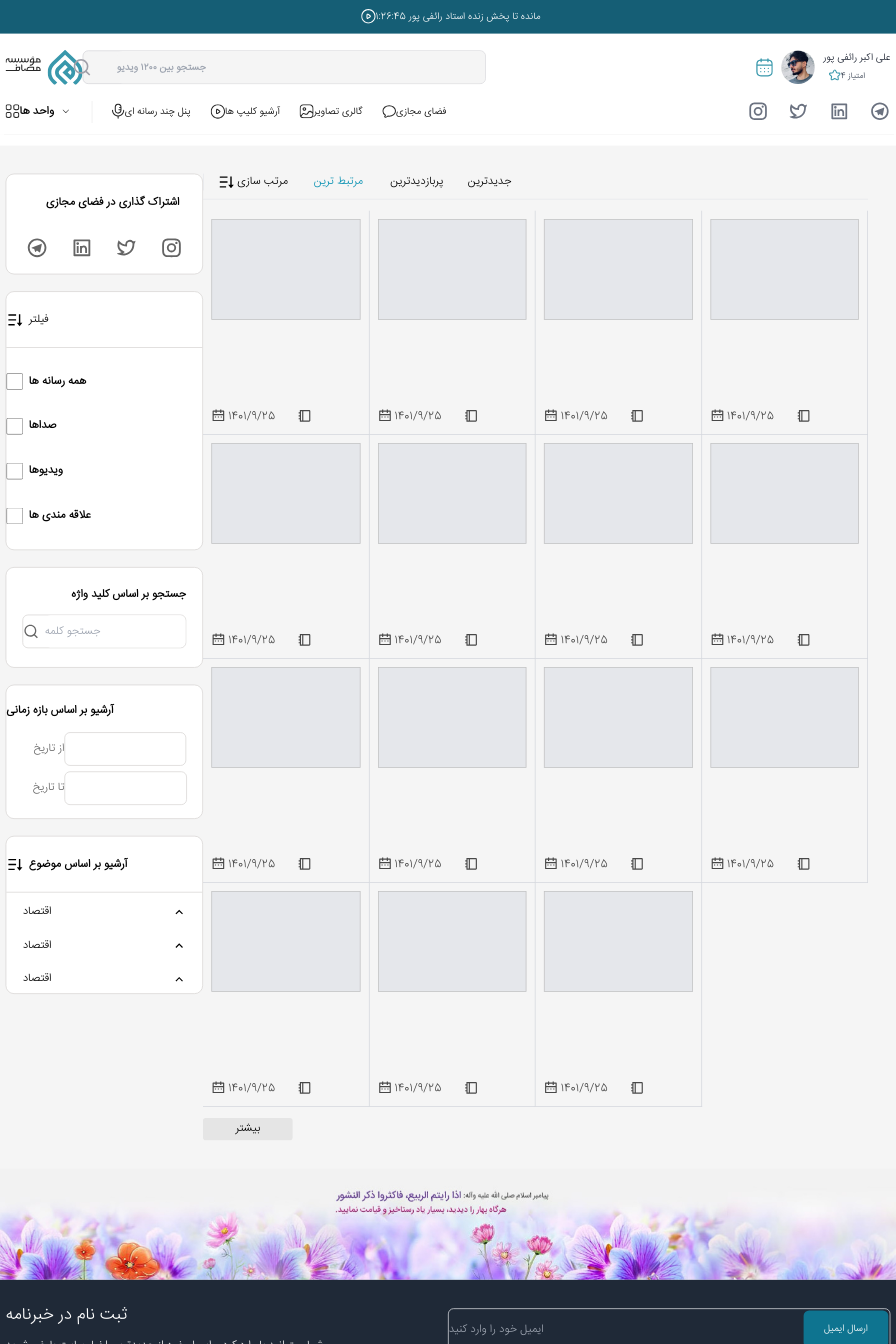
Repository: homan-tehrani/uiUserNative
Page: /multimedia
These files come from the project's save history. The page is drawn as it stood at one moment and after a run of saves; the edit follows.
The browser window is 1280 px wide. The pictures show the part of the page from y = 0 to 1920 px (the page is 2769 px tall), at 70% of full size.
The project was rebuilt for these pictures with package versions that can differ from the ones it lists, and the page was loaded fresh each time. The framework's server and built-in components were replaced by stand-ins that run in the browser. Also part of the build but not shown: next.config.js, src/components/MenuForUnits.js, src/components/AccordionForUnits.js, src/components/MenuResponsive.js.

Above is the page before, as saved 2023-04-25 01:43:07.

After the next 6 saves:
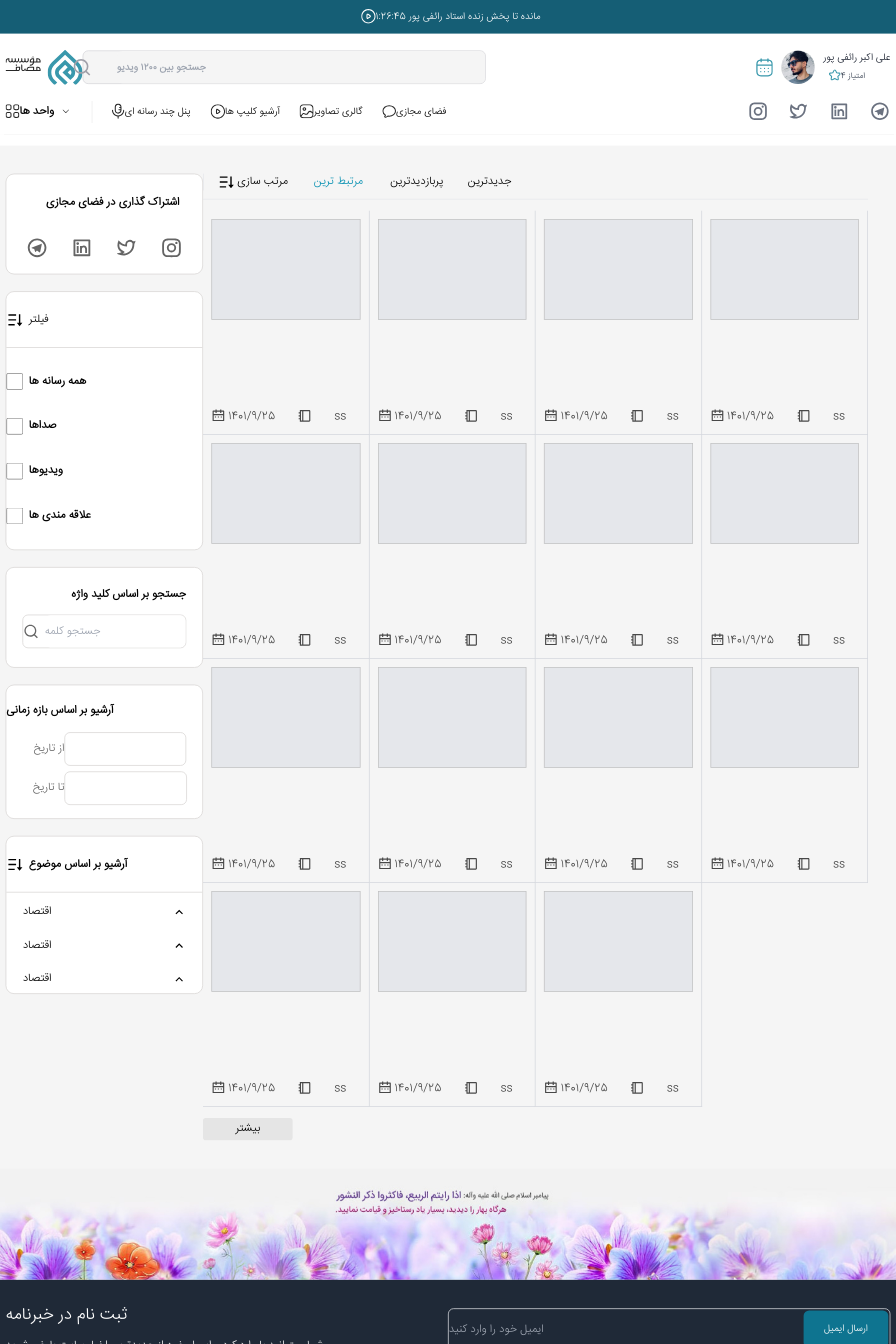
The 6 saves are shown as one change because 5 did not build or start.
The last was saved 15 min 5 s later.
--- a/src/components/CourseCart.js
+++ b/src/components/CourseCart.js
@@ -72,7 +72,9 @@ export default function CourseCart({ data }) {
                     <path fill="none" d="M0 0h24v24H0z" />
                     <path d="M20.005 2C21.107 2 22 2.898 22 3.99v16.02c0 1.099-.893 1.99-1.995 1.99H4v-4H2v-2h2v-3H2v-2h2V8H2V6h2V2h16.005zM8 4H6v16h2V4zm12 0H10v16h10V4z" />
                   </svg>
-                  <span> </span>
+                  <span> {
+                    (Array.isArray(item?.portal) && item?.portal.length > 0) ? (item?.portal[0].name) : 'ss' }
+                  </span>
                 </div>
               </div>
             </div>
